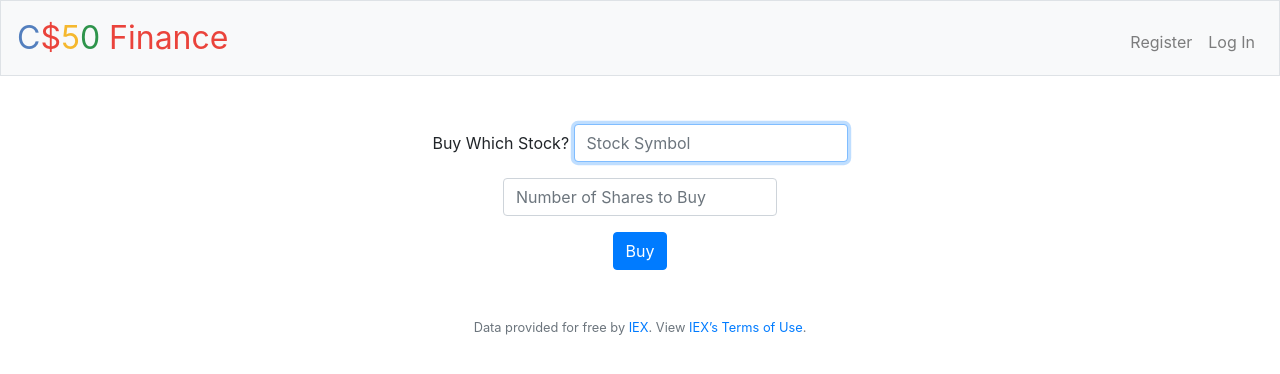
Repository: Mackeyrw/gitTest-CS50
Page: pset8/finance/templates/buy.html
The author's editor kept a record of every edit. The page is drawn from the files as they stood at one moment, then again after the next edit.
The browser window is 1280 px wide. The pictures show the whole page.
The template is drawn by Flask 3. The application's start-up code is not run. Other server files are loaded and not shown. The template is opened directly, without the code that normally fills it, so the values that code supplies are empty.

Above is the page before.

### pset8/finance/templates/buy.html
{% extends "layout.html" %}

{% block title %}
    Buy
{% endblock %}

{% block main %}
    <form action="/buy" method="post">
        <div class="form-group">
            Buy Which Stock?
            <input autocomplete="off" autofocus class="form-control" name="symbol" placeholder="Stock Symbol" type="text">
        </div>
        <div class="form-group">
            <input autocomplete="off" autofocus class="form-control" name="shares" placeholder="Number of Shares to Buy" type="text">
        </div>
        <button class="btn btn-primary" type="submit">Buy</button>
    </form>
{% endblock %}

### pset8/finance/templates/layout.html
<!DOCTYPE html>

<html lang="en">

    <head>

        <!-- Required meta tags -->
        <meta charset="utf-8">
        <meta name="viewport" content="width=device-width, initial-scale=1, shrink-to-fit=no">

        <!-- documentation at http://getbootstrap.com/docs/4.1/, alternative themes at https://bootswatch.com/ -->
        <link href="https://maxcdn.bootstrapcdn.com/bootstrap/4.1.3/css/bootstrap.min.css" rel="stylesheet">

        <!-- https://favicon.io/emoji-favicons/money-mouth-face/ -->
        <link href="/static/favicon.ico" rel="icon">

        <link href="/static/styles.css" rel="stylesheet">

        <script src="https://code.jquery.com/jquery-3.3.1.min.js"></script>
        <script src="https://cdnjs.cloudflare.com/ajax/libs/popper.js/1.14.3/umd/popper.min.js"></script>
        <script src="https://maxcdn.bootstrapcdn.com/bootstrap/4.1.3/js/bootstrap.min.js"></script>

        <title>C$50 Finance: {% block title %}{% endblock %}</title>

    </head>

    <body>

        <nav class="navbar navbar-expand-md navbar-light bg-light border">
            <a class="navbar-brand" href="/"><span class="blue">C</span><span class="red">$</span><span class="yellow">5</span><span class="green">0</span> <span class="red">Finance</span></a>
            <button aria-controls="navbar" aria-expanded="false" aria-label="Toggle navigation" class="navbar-toggler" data-target="#navbar" data-toggle="collapse" type="button">
                <span class="navbar-toggler-icon"></span>
            </button>
            <div class="collapse navbar-collapse" id="navbar">
                {% if session.user_id %}
                    <ul class="navbar-nav mr-auto mt-2">
                        <li class="nav-item"><a class="nav-link" href="/quote">Quote</a></li>
                        <li class="nav-item"><a class="nav-link" href="/buy">Buy</a></li>
                        <li class="nav-item"><a class="nav-link" href="/sell">Sell</a></li>
                        <li class="nav-item"><a class="nav-link" href="/history">History</a></li>
                        <li class="nav-item"><a class="nav-link" href="/add">Add Cash</a></li>
                    </ul>
                    <ul class="navbar-nav ml-auto mt-2">
                        <li class="nav-item"><a class="nav-link" href="/logout">Log Out</a></li>
                    </ul>
                {% else %}
                    <ul class="navbar-nav ml-auto mt-2">
                        <li class="nav-item"><a class="nav-link" href="/register">Register</a></li>
                        <li class="nav-item"><a class="nav-link" href="/login">Log In</a></li>
                    </ul>
                {% endif %}
            </div>
        </nav>

        {% if get_flashed_messages() %}
            <header>
                <div class="alert alert-primary border text-center" role="alert">
                    {{ get_flashed_messages() | join(" ") }}
                </div>
            </header>
        {% endif %}

        <main class="container p-5">
            {% block main %}{% endblock %}
        </main>

        <footer class="small text-center text-muted">
            Data provided for free by <a href="https://iextrading.com/developer">IEX</a>. View <a href="https://iextrading.com/api-exhibit-a/">IEX’s Terms of Use</a>.
        </footer>

    </body>

</html>

### pset8/finance/static/styles.css
nav .navbar-brand
{
    /* size for brand */
    font-size: xx-large;
}

/* colors for brand */
nav .navbar-brand .blue
{
    color: #537fbe;
}
nav .navbar-brand .red
{
    color: #ea433b;
}
nav .navbar-brand .yellow
{
    color: #f5b82e;
}
nav .navbar-brand .green
{
    color: #2e944b;
}

main .form-control
{
    /* center form controls */
    display: inline-block;

    /* override Bootstrap's 100% width for form controls */
    width: auto;
}

main
{
    /* scroll horizontally as needed */
    overflow-x: auto;

    /* center contents */
    text-align: center;
}

main img
{
    /* constrain images on small screens */
    max-width: 100%;
}

.quoted
{
    font-size: 30px;
    color: darkblue;
    font-weight: bold;
}

After the next edit:
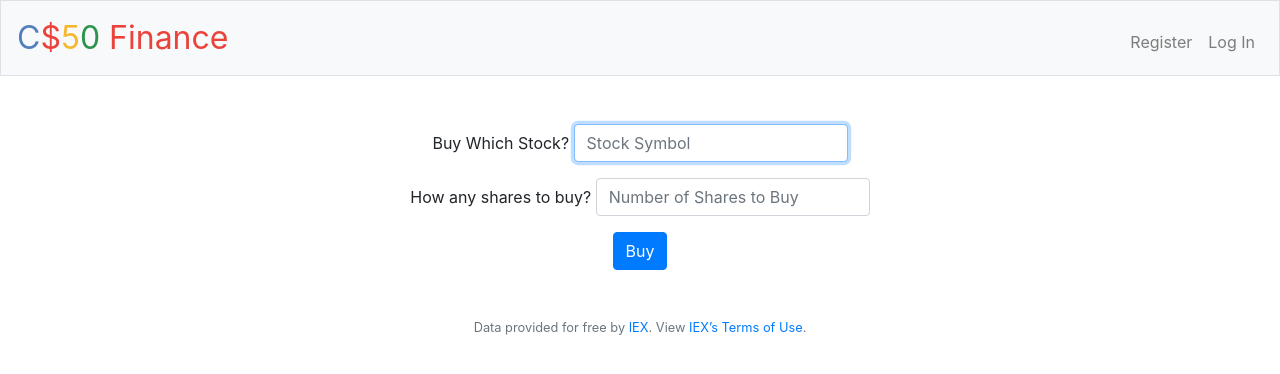
The edit:
--- a/pset8/finance/templates/buy.html
+++ b/pset8/finance/templates/buy.html
@@ -11,6 +11,7 @@
             <input autocomplete="off" autofocus class="form-control" name="symbol" placeholder="Stock Symbol" type="text">
         </div>
         <div class="form-group">
+            How any shares to buy?
             <input autocomplete="off" autofocus class="form-control" name="shares" placeholder="Number of Shares to Buy" type="text">
         </div>
         <button class="btn btn-primary" type="submit">Buy</button>
